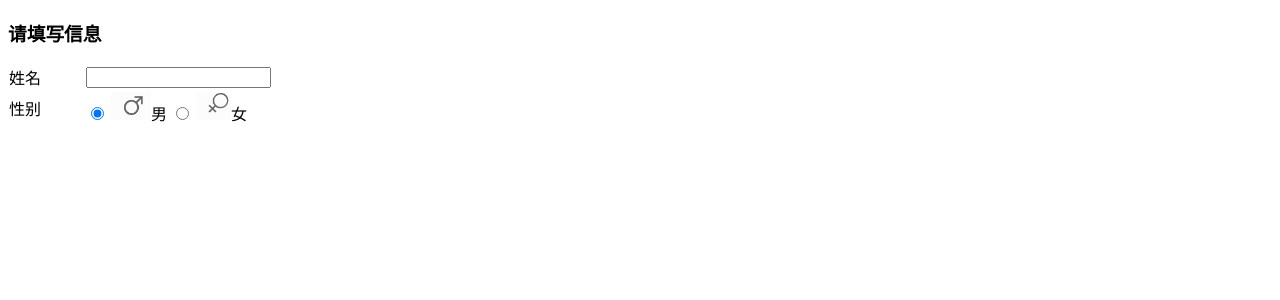
Repository: ls02/VSCode
Page: Java/2022/6-21-1/Test2.html
These files come from the project's save history. The page is drawn as it stood at one moment and after the next save; the edit follows.
The browser window is 1280 px wide. The pictures show the whole page.

Above is the page before, as saved 2022-06-21 15:17:13.

### Java/2022/6-21-1/Test2.html
<!--
 * @Author: ls02 <2877455773@qq.com>
 * @Date: 2022-06-21 14:55:00
 * @LastEditors: ls02 <2877455773@qq.com>
 * @LastEditTime: 2022-06-21 15:16:58
 * @FilePath: \Java\2022\6-21-1\Test2.html
 * @Description:
 *
 * Copyright (c) 2022 by ${ls02 <2877455773@qq.com>}, All Rights Reserved.
-->
<!DOCTYPE html>
<html lang="en">
<head>
    <meta charset="UTF-8">
    <meta http-equiv="X-UA-Compatible" content="IE=edge">
    <meta name="viewport" content="width=device-width, initial-scale=1.0">
    <title>填写简历信息</title>
</head>
<body>
    <table width="500" cellspacing="0">
        <h3>请填写信息</h3>
        <tbody>
            <tr>
                <td>
                    <label for="name">姓名</label>
                </td>
                <td>
                    <input type="test" id="name">
                </td>
            </tr>
            <tr>
                <td>
                    性别
                </td>
                <td>
                    <input type="radio" name="sex" id="male" checked="checked">
                    <label for="male"><img src="./images/man.png" alt="" width="40px">男</label>
                    <input type="radio" name="sex" id="female">
                    <label for="female"><img src="./images/woman.png" alt="" width="35px">女</label>
                </td>
            </tr>
        </tbody>
    </table>
</body>
</html>

After the next save:
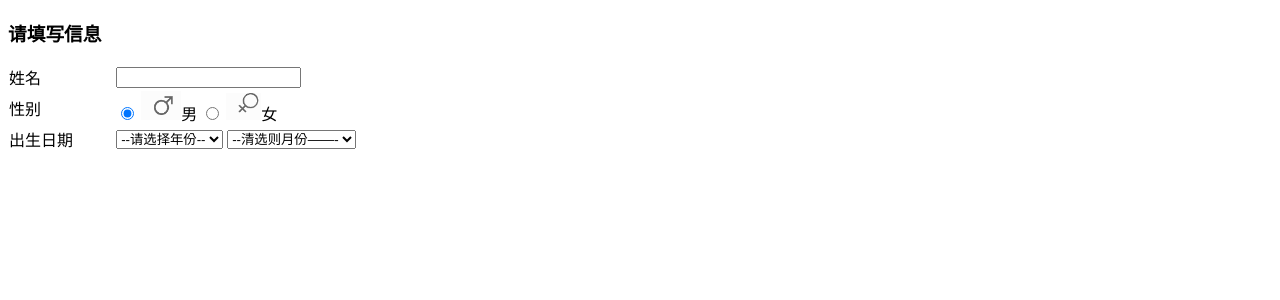
Saved 3 min 28 s later.
--- a/Java/2022/6-21-1/Test2.html
+++ b/Java/2022/6-21-1/Test2.html
@@ -2,7 +2,7 @@
  * @Author: ls02 <2877455773@qq.com>
  * @Date: 2022-06-21 14:55:00
  * @LastEditors: ls02 <2877455773@qq.com>
- * @LastEditTime: 2022-06-21 15:16:58
+ * @LastEditTime: 2022-06-21 15:20:40
  * @FilePath: \Java\2022\6-21-1\Test2.html
  * @Description:
  *
@@ -39,6 +39,41 @@
                     <label for="female"><img src="./images/woman.png" alt="" width="35px">女</label>
                 </td>
             </tr>
+            <tr>
+                <td>
+                    出生日期
+                </td>
+                <td>
+                    <select>
+                        <option>--请选择年份--</option>
+                        <option>1998</option>
+                        <option>1999</option>
+                        <option>2001</option>
+                        <option>2002</option>
+                        <option>2003</option>
+                        <option>2004</option>
+                        <option>2005</option>
+                        <option>2006</option>
+                        <option>2007</option>
+                        <option>2008</option>
+                    </select>
+                    <select>
+                        <option>--清选则月份——-</option>
+                        <option vlaue="1">1</option>
+                        <option vlaue="1">2</option>
+                        <option vlaue="1">3</option>
+                        <option vlaue="1">4</option>
+                        <option vlaue="1">5</option>
+                        <option vlaue="1">6</option>
+                        <option vlaue="1">7</option>
+                        <option vlaue="1">8</option>
+                        <option vlaue="1">9</option>
+                        <option vlaue="1">10</option>
+                        <option vlaue="1">11</option>
+                        <option vlaue="1">12</option>
+                    </select>
+                </td>
+            </tr>
         </tbody>
     </table>
 </body>
